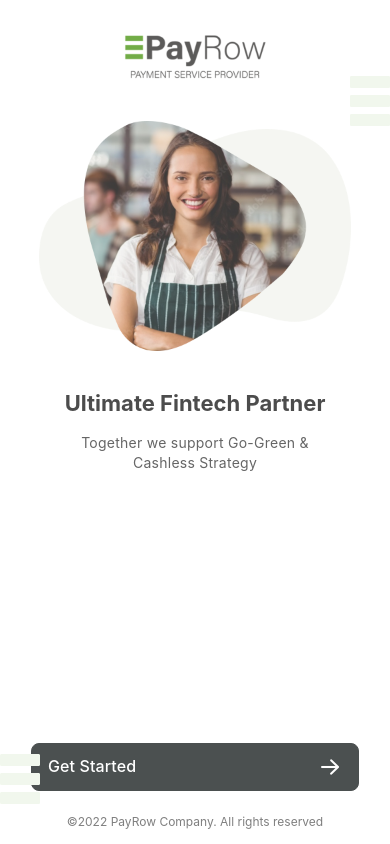
Repository: rishabh-critical-river/payrowios
Screen: /
The author's editor kept a copy of each file at every save. The screen is drawn from the files as they stood at one save, then again after the next save.
The app was drawn by React Native's web renderer in a window 390 px wide. The project was rebuilt for these pictures with package versions that can differ from the ones it lists, and the page was loaded fresh each time. Also part of the build but not shown: screens/onboarding/CreateAccount.js, screens/home/HomeScreen.tsx, screens/home/HomeComponents/TapToPay.tsx, screens/home/HomeComponents/PaymentSummary.js, screens/home/HomeComponents/AddItem.js, screens/home/HomeComponents/TapCard.tsx, screens/home/HomeComponents/EnterPin.tsx, screens/home/HomeComponents/Confirmation.tsx and 38 more.

Above is the screen before, as saved 2023-07-29 05:07:45.

### App.tsx
import { NavigationContainer } from "@react-navigation/native";
import { createNativeStackNavigator } from "@react-navigation/native-stack";
import {
  StyleSheet,
  Text,
  View,
  SafeAreaView,
  Image,
  StatusBar,
} from "react-native";
import LanguageSelection from "./screens/onboarding/LanguageSelection";
import CreateAccount from "./screens/onboarding/CreateAccount";
import HomeScreen from "./screens/home/HomeScreen";
import TapToPay from "./screens/home/HomeComponents/TapToPay";
import AddItem from "./screens/home/HomeComponents/AddItem";
import TapCard from "./screens/home/HomeComponents/TapCard";
import EnterPin from "./screens/home/HomeComponents/EnterPin";
import Confirmation from "./screens/home/HomeComponents/Confirmation";
import NewPayment from "./screens/home/HomeComponents/NewPayment";
import Contact from "./screens/home/HomeComponents/contact";
import Refund from "./screens/home/HomeComponents/refund";
import OtpRefund from "./screens/home/HomeComponents/otpRefund";
import ProductSelection from "./screens/home/HomeComponents/productSelection";
import PaymentSummary from "./screens/home/HomeComponents/PaymentSummary";
import PaymentMode from "./screens/home/HomeComponents/paymentMode";
import PaymentHistory from "./screens/home/HomeComponents/PaymentHistory";
import HistoryMethods from "./screens/home/HomeComponents/historyMethods";
import DailyReport from "./screens/home/HomeComponents/DailyReport";
import MonthlyReport from "./screens/home/HomeComponents/MonthlyReport";
import AboutPayrow from "./screens/home/HomeComponents/AboutPayrow";
import CashReceivedMachine from "./screens/home/HomeComponents/CashReceivedMachine";
import InvoiceRecall from "./screens/home/HomeComponents/InvoiceRecall";
import PosAndRetail from "./screens/home/HomeComponents/PosAndRetail";
import SoftPos from "./screens/home/HomeComponents/SoftPos";
import PayByLink from "./screens/home/HomeComponents/PayByLink";
import PayByQrCode from "./screens/home/HomeComponents/PayByQrCode";

import PaymentGateWay from "./screens/home/HomeComponents/PaymentGateWay";
import Wps from "./screens/home/HomeComponents/Wps";
import Vat from "./screens/home/HomeComponents/Vat";
import Kvyc from "./screens/home/HomeComponents/Kvyc";
import BuyNowPayLater from "./screens/home/HomeComponents/BuyNowPayLater";
import Wallet from "./screens/home/HomeComponents/Wallet";
import PayRowPrepaids from "./screens/home/HomeComponents/PayRowPrepaid";
import Support from "./screens/home/HomeComponents/Support";
import NewComplain from "./screens/home/HomeComponents/NewComplain";
import RegisterComplain from "./screens/home/HomeComponents/RegisteredComplain";
import ContactUs from "./screens/home/HomeComponents/ContactUse";
import InvoiceRecalltwo from "./screens/home/HomeComponents/InvoiceRecalltwo";
import InvoiceRecallthree from "./screens/home/HomeComponents/InvoiceRecallthree";
import PaymentDetails from "./screens/home/HomeComponents/PaymentDetails";
import ConfirmationInvoice from "./screens/home/HomeComponents/ConfirmationInvoice";
import CashPay from "./screens/home/HomeComponents/CashPay";
import QRCode from "./screens/home/HomeComponents/QrCode";
import Login from "./screens/onboarding/login";
import CreatePin from "./screens/onboarding/Createpin";
import ReEnterPin from "./screens/onboarding/Reenterpin";
import EnterPins from "./screens/onboarding/Enterpin";
// import SoftPose from "./screens/home/HomeComponents/SoftPose";
const Stack = createNativeStackNavigator();

export default function App() {
  return (
    <SafeAreaView style={{ flex: 1, backgroundColor: "white" }}>
      <StatusBar barStyle="dark-content" />
      <NavigationContainer>
        <Stack.Navigator>
          <Stack.Screen
            name="selectLanaguage"
            component={LanguageSelection}
            options={{ headerShown: false }}
          />
          <Stack.Screen
            name="Login"
            component={Login}
            options={{ headerShown: false }}
          />
          <Stack.Screen
            name="CreatePin"
            component={CreatePin}
            options={{ headerShown: false }}
          />
          <Stack.Screen
            name="ReEnterPin"
            component={ReEnterPin}
            options={{ headerShown: false }}
          />
          <Stack.Screen
            name="EnterPin"
            component={EnterPin}
            options={{ headerShown: false }}
          />
          <Stack.Screen
            name="Create Account"
            component={CreateAccount}
            options={{ headerShown: false }}
          />
          <Stack.Screen
            name="HomeScreen"
            component={HomeScreen}
            options={{ headerShown: false }}
          />
          <Stack.Screen
            name="TapToPay"
            component={TapToPay}
            options={{ headerShown: false }}
          />
          <Stack.Screen
            name="AddItem"
            component={AddItem}
            options={{ headerShown: false }}
          />
          <Stack.Screen
            name="TapCard"
            component={TapCard}
            options={{ headerShown: false }}
          />
          <Stack.Screen
            name="EnterPins"
            component={EnterPins}
            options={{ headerShown: false }}
          />
          <Stack.Screen
            name="Confirmation"
            component={Confirmation}
            options={{ headerShown: false }}
          />
          <Stack.Screen
            name="NewPayment"
            component={NewPayment}
            options={{ headerShown: false }}
          />
          <Stack.Screen
            name="contact"
            component={Contact}
            options={{ headerShown: false }}
          />
          <Stack.Screen
            name="refund"
            component={Refund}
            options={{ headerShown: false }}
          />
          <Stack.Screen
            name="otpRefund"
            component={OtpRefund}
            options={{ headerShown: false }}
          />
          <Stack.Screen
            name="productSelection"
            component={ProductSelection}
            options={{ headerShown: false }}
          />
          <Stack.Screen
            name="paymentSummary"
            component={PaymentSummary}
            options={{ headerShown: false }}
          />
          <Stack.Screen
            name="paymentMode"
            component={PaymentMode}
            options={{ headerShown: false }}
          />
          <Stack.Screen
            name="paymentHistory"
            component={PaymentHistory}
            options={{ headerShown: false }}
          />
          <Stack.Screen
            name="historyMethods"
            component={HistoryMethods}
            options={{ headerShown: false }}
          />
          <Stack.Screen
            name="dailyReport"
            component={DailyReport}
            options={{ headerShown: false }}
          />
          <Stack.Screen
            name="monthlyReport"
            component={MonthlyReport}
            options={{ headerShown: false }}
          />
          <Stack.Screen
            name="aboutPayrow"
            component={AboutPayrow}
            options={{ headerShown: false }}
          />
          <Stack.Screen
            name="cashReceivedMachine"
            component={CashReceivedMachine}
            options={{ headerShown: false }}
          />
          <Stack.Screen
            name="invoiceRecall"
            component={InvoiceRecall}
            options={{ headerShown: false }}
          />
          <Stack.Screen
            name="posandretail"
            component={PosAndRetail}
            options={{ headerShown: false }}
          />
          <Stack.Screen
            name="softpos"
            component={SoftPos}
            options={{ headerShown: false }}
          />
          <Stack.Screen
            name="paybylink"
            component={PayByLink}
            options={{ headerShown: false }}
          />
          <Stack.Screen
            name="paybyqrcode"
            component={PayByLink}
            options={{ headerShown: false }}
          />
          <Stack.Screen
            name="paymentgateway"
            component={PaymentGateWay}
            options={{ headerShown: false }}
          />
          <Stack.Screen
            name="wps"
            component={Wps}
            options={{ headerShown: false }}
          />
          <Stack.Screen
            name="vat"
            component={Vat}
            options={{ headerShown: false }}
          />

          <Stack.Screen
            name="kvyc"
            component={Kvyc}
            options={{ headerShown: false }}
          />
          <Stack.Screen
            name="buynowpaylater"
            component={BuyNowPayLater}
            options={{ headerShown: false }}
          />
          <Stack.Screen
            name="registercomplain"
            component={RegisterComplain}
            options={{ headerShown: false }}
          />
          <Stack.Screen
            name="wallet"
            component={Wallet}
            options={{ headerShown: false }}
          />
          <Stack.Screen
            name="payrowprepaid"
            component={PayRowPrepaids}
            options={{ headerShown: false }}
          />
          <Stack.Screen
            name="paymentdetails"
            component={PaymentDetails}
            options={{ headerShown: false }}
          />
          <Stack.Screen
            name="support"
            component={Support}
            options={{ headerShown: false }}
          />
          {/* <Stack.Screen
            name="softpose"
            payrowprepaid
            component={SoftPose}
            options={{ headerShown: false }}

          /> */}
          <Stack.Screen
            name="newcomplain"
            component={NewComplain}
            options={{ headerShown: false }}
          />
          <Stack.Screen
            name="contactus"
            component={ContactUs}
            options={{ headerShown: false }}
          />
          <Stack.Screen
            name="Recallss"
            component={InvoiceRecalltwo}
            options={{ headerShown: false }}
          />
          <Stack.Screen
            name="InvoiceRecallthree"
            component={InvoiceRecallthree}
            options={{ headerShown: false }}
          />
          <Stack.Screen
            name="ConfirmationInvoice"
            component={ConfirmationInvoice}
            options={{ headerShown: false }}
          />
          <Stack.Screen
            name="cashPay"
            component={CashPay}
            options={{ headerShown: false }}
          />

          <Stack.Screen
            name="QrCode"
            component={PayByQrCode}
            options={{ headerShown: false }}
          />
          <Stack.Screen
            name="QrCodePay"
            component={QRCode}
            options={{ headerShown: false }}
          />
        </Stack.Navigator>
      </NavigationContainer>
    </SafeAreaView>
  );
}

### screens/onboarding/LanguageSelection.tsx
import React from "react";
import { StatusBar } from "expo-status-bar";
import { NavigationContainer } from "@react-navigation/native";
import { createNativeStackNavigator } from "@react-navigation/native-stack";
import {
  StyleSheet,
  Text,
  View,
  SafeAreaView,
  Image,
  Button,
  TouchableOpacity,
} from "react-native";
import { AntDesign } from "@expo/vector-icons";
function LanguageSelection({ navigation }: any) {
  return (
    <>
      <View style={styles.container}>
        <Image
          style={{
            width: 150,
            height: 48.3,
            alignSelf: "center",
            marginTop: 33,
          }}
          source={require("../home/HomeComponents/payrowLogo.png")}
        />
        <View
          style={{
            position: "absolute",
            right: 0,
            top: 76,
          }}
        >
          <View
            style={{
              marginLeft: "auto",
              borderWidth: 1,
              borderColor: "#F1F7ED",
              marginBottom: 7.5,

              backgroundColor: "#F1F7ED",
              borderRadius: 1,
              width: 40,
              height: 11.67,
            }}
          />
          <View
            style={{
              marginLeft: "auto",
              borderWidth: 1,
              borderColor: "#F1F7ED",
              marginBottom: 7.5,
              backgroundColor: "#F1F7ED",
              borderRadius: 1,

              width: 40,
              height: 11.67,
            }}
          />
          <View
            style={{
              marginLeft: "auto",
              borderWidth: 1,
              borderColor: "#F1F7ED",

              backgroundColor: "#F1F7ED",
              borderRadius: 1,

              width: 40,
              height: 11.67,
            }}
          />
        </View>
        <Image
          source={require("../../src/Images/getStarted.png")}
          style={{
            width: 312,
            height: 230,
            alignSelf: "center",
            marginTop: 40,
          }}
        />
        <Text
          style={{
            fontSize: 22,
            fontWeight: "700",
            color: "#4C4C4C",
            lineHeight: 28,
            textAlign: "center",
            marginTop: 38,
          }}
        >
          Ultimate Fintech Partner
        </Text>
        <Text
          style={{
            fontSize: 14,
            fontWeight: "400",
            lineHeight: 20,
            marginLeft: 54,
            marginRight: 54,
            textAlign: "center",
            marginTop: 16,
            color: "#666666",
            letterSpacing: 0.25,
          }}
        >
          Together we support Go-Green & Cashless Strategy
        </Text>
      </View>
      <View style={{ backgroundColor: "white", display: "flex",
    justifyContent:"flex-end",
    }}>
      <View
          style={{
            position: "absolute",
            left: 0,
            bottom: 40,
            zIndex:999,
          }}
        >
          <View
            style={{
              marginLeft: "auto",
              borderWidth: 1,
              borderColor: "#F1F7ED",
              marginBottom: 7.5,

              backgroundColor: "#F1F7ED",
              borderRadius: 1,
              width: 40,
              height: 11.67,
            }}
          />
          <View
            style={{
              marginLeft: "auto",
              borderWidth: 1,
              borderColor: "#F1F7ED",
              marginBottom: 7.5,
              backgroundColor: "#F1F7ED",
              borderRadius: 1,

              width: 40,
              height: 11.67,
            }}
          />
          <View
            style={{
              marginLeft: "auto",
              borderWidth: 1,
              borderColor: "#F1F7ED",

              backgroundColor: "#F1F7ED",
              borderRadius: 1,

              width: 40,
              height: 11.67,
            }}
          />
        </View>
        <TouchableOpacity
          style={styles.button}
          onPress={() => {
            navigation.navigate("Login");
          }}
        >
          <View
            style={{
              borderWidth: 1,

              borderColor: "#4B5050",
              backgroundColor: "#4B5050",
              borderRadius: 8,
              marginBottom: 16,
              width: 328,
              height: 48,
              justifyContent: "center",
            }}
          >
            <View style={{ flexDirection: "row" }}>
              <Text
                style={{
                  fontSize: 16,
                  paddingLeft: 16,
                  fontWeight: "500",
                  lineHeight: 24,
                  justifyContent: "center",
                  color: "white",
                  letterSpacing: 0.1,
                  flex: 1,
                }}
              >
                Get Started
              </Text>
              <View
                style={{
                  justifyContent: "center",
                  alignItems: "center",
                  marginRight: 16,
                }}
              >
                <AntDesign name="arrowright" size={24} color="white" />
              </View>
            </View>
          </View>
        </TouchableOpacity>
        <Text
          style={{
            fontSize: 12,
            backgroundColor: "white",
            color: "#7f7f7f",
            textAlign: "center",
            paddingBottom: 15,
          }}
        >
          ©2022 PayRow Company. All rights reserved
        </Text>
      </View>

    </>
  );
}

export default LanguageSelection;
const styles = StyleSheet.create({
  container: {
    display: "flex",
    flex: 1,
    backgroundColor: "white",
  },
  logo: {
    width: 150,
    height: 48.3,
    alignSelf: "center",
    marginTop: 33,
  },
  selectLanguage: {
    width: 163,
    height: 28,
    fontSize: 17,

    color: "#333333",
    fontWeight: "400",
    marginTop: 24.47,
    alignSelf: "center",
  },
  languageText: {
    fontSize: 14,
    paddingLeft: 16,
    fontWeight: "500",
    lineHeight: 20,
    justifyContent: "center",
    color: "#4B5050CC",
  },
  languages: {
    flexDirection: "column",

    justifyContent: "space-between",
    alignItems: "center",
  },
  text: {
    width: 303,
    height: 20,
    fontSize: 14,
    lineHeight: 14,
    fontWeight: "400",
    color: "#4B5050",
    textAlign: "center",
    marginTop: 6,
    alignSelf: "center",
    marginBottom: 15,
  },
  shadowProp: {
    shadowColor: "#171717",
    shadowOffset: { width: -2, height: 4 },
    shadowOpacity: 0.2,
    shadowRadius: 3,
  },
  box: {
    display: "flex",
    borderWidth: 1,
    borderColor: "#4B505033",
    backgroundColor: "#ffffff",
    borderRadius: 8,
    marginBottom: 15,
    width: 328,
    height: 48,
    justifyContent: "center",
  },
  button: {
    alignSelf: "center",
    color: "#4B5050",

    padding: 10,
    fontSize: 20,
    height: 48,
    width: 328,
    cursor: "pointer",
    borderRadius: 70,
    justifyContent: "center",
    alignItems: "center",
    marginBottom: 15,
  },
  arrow: {
    display: "flex",
    position: "relative",
    borderWidth: 1,
    borderColor: "white",
    width: 40,
    height: 5,
    backgroundColor: "white",
  },
  arrowTriangle: {
    display: "flex",
    borderWidth: 1,
    position: "absolute",
    width: 20,
    height: 5,
    borderColor: "white",
    backgroundColor: "white",
    borderTopWidth: 1,
    borderRightWidth: 1,
    transform: [{ rotate: "45deg" }],
    right: 9,
    top: 19,
  },
  arrowTriangleRight: {
    display: "flex",
    borderWidth: 1,
    position: "absolute",
    width: 20,
    height: 5,
    borderColor: "white",
    backgroundColor: "white",
    borderTopWidth: 1,
    borderLeftWidth: 1,
    transform: [{ rotate: "-45deg" }],
    right: 9,
    top: 36,
  },
});

After the next save:
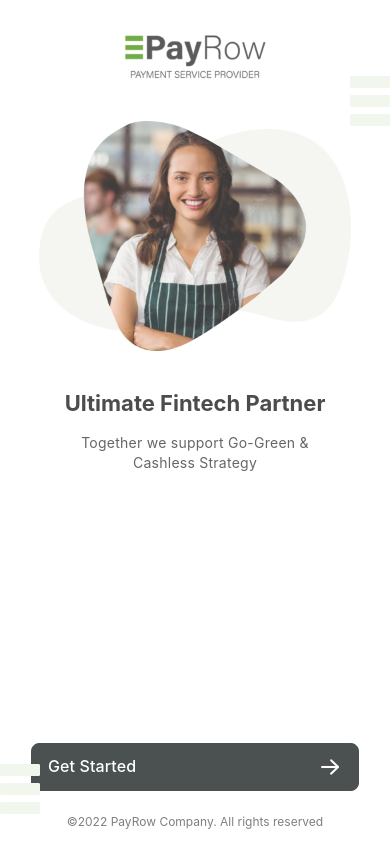
Saved 52 s later.
--- a/screens/onboarding/LanguageSelection.tsx
+++ b/screens/onboarding/LanguageSelection.tsx
@@ -116,7 +116,7 @@ function LanguageSelection({ navigation }: any) {
           style={{
             position: "absolute",
             left: 0,
-            bottom: 40,
+            bottom: 30,
             zIndex:999,
           }}
         >
